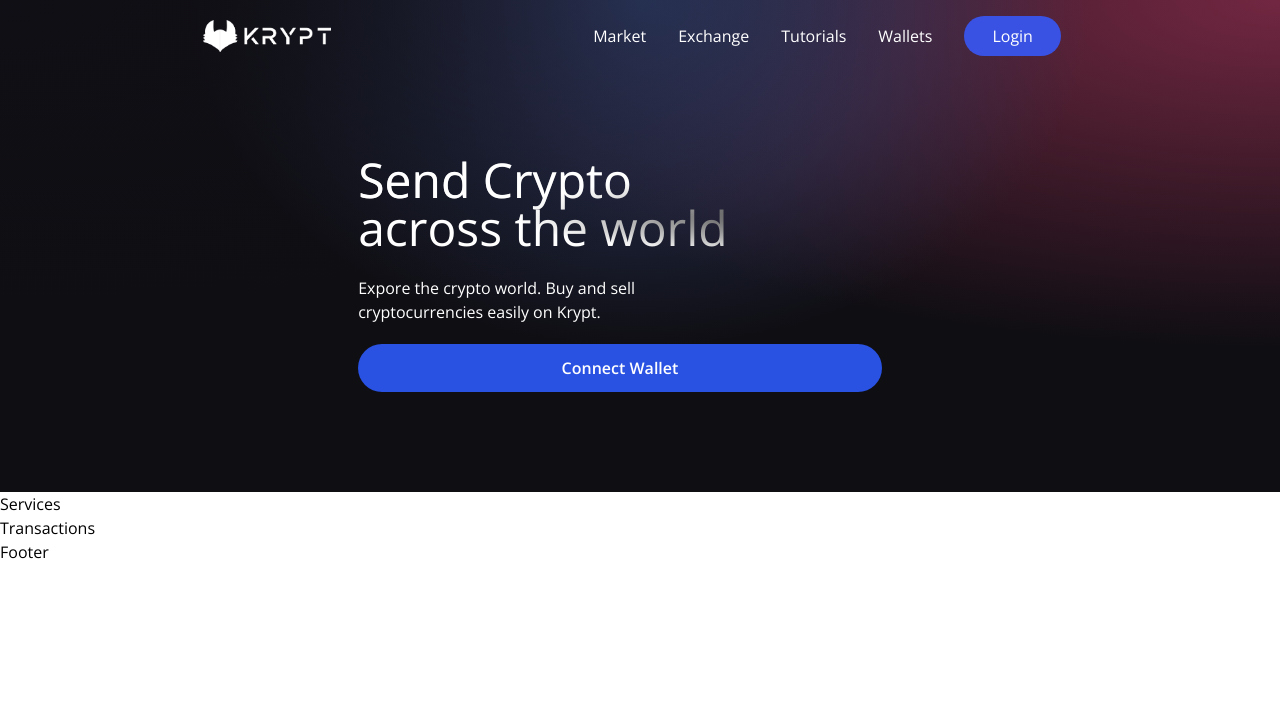
Repository: stephan-chiorean/krypt
Page: / (app in client/)
The author's editor kept a copy of each file at every save. The page is drawn from the files as they stood at one save, then again after the next save.
The browser window is 1280 px wide. The pictures show the whole page.
The project was rebuilt for these pictures with package versions that can differ from the ones it lists, and the page was loaded fresh each time. Also part of the build but not shown: client/vite.config.js, client/src/components/Loader.jsx.

Above is the page before, as saved 2023-03-28 15:03:41.

After the next save:
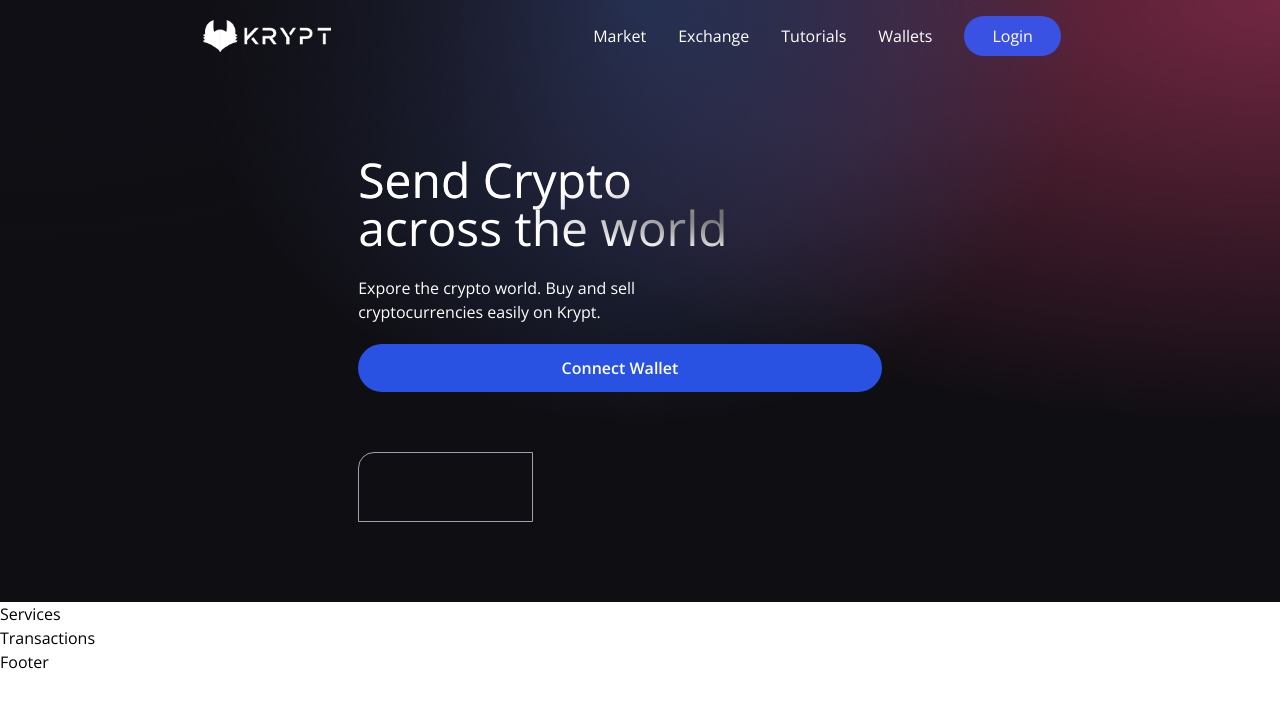
Saved 9 min 28 s later.
--- a/client/src/components/Welcome.jsx
+++ b/client/src/components/Welcome.jsx
@@ -2,6 +2,7 @@ import {AiFillPlayCircle} from "react-icons/ai"
 import {SiEthereum} from "react-icons/si";
 import {BsInfoCircle} from "react-icons/bs";
 import {Loader} from './'
+const commonStyles = 'min-h-[70px] sm:px-0 px-2 sm:min-w-[120px] flex justify-center items-center border-[0.5px] border-gray-400 text-sm font-light text-white'
 
 
 export default() => {
@@ -21,6 +22,11 @@ export default() => {
               Connect Wallet
             </p>
           </button>
+          <div className="grid sm:grid-cols-3 grid-cols-2 w-full mt-10">
+            <div className={`rounded-tl-2xl ${commonStyles}`}>
+
+            </div>
+          </div>
 
         </div>
       </div>
